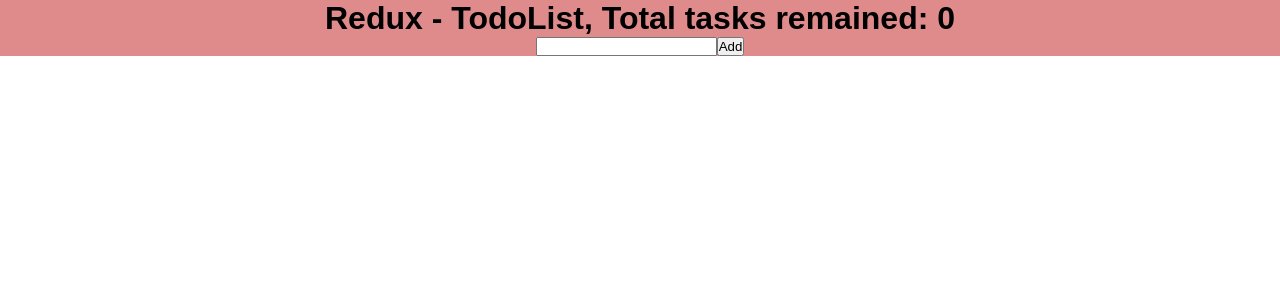
Repository: BhanuKaukuntla/TodoApp
Page: /
An editor plug-in stored every save of this project. The page is shown before and after the next save, followed by the edit.
The browser window is 1280 px wide. The pictures show the whole page.
The project was rebuilt for these pictures with package versions that can differ from the ones it lists, and the page was loaded fresh each time. Also part of the build but not shown: src/components/TodoItem/TodoItem.js.

Above is the page before, as saved 2021-12-01 10:07:21.

### src/index.js
import React from "react";
import ReactDOM from "react-dom";
import "./index.css";
import App from "./App";
import { Provider } from "react-redux";
import store from "./store";
import { PersistGate } from "redux-persist/integration/react";
import { persistor } from "./store";

ReactDOM.render(
  <React.StrictMode>
    <Provider store={store}>
      <PersistGate persistor={persistor}>
        <App />
      </PersistGate>
    </Provider>
  </React.StrictMode>,
  document.getElementById("root")
);

### src/index.css
*{
  margin: 0;
  padding: 0;
  font-family: "montserrat",sans-serif;
  box-sizing: border-box;
}

body {
  margin: 0;
  font-family: -apple-system, BlinkMacSystemFont, "Segoe UI", "Roboto", "Oxygen",
    "Ubuntu", "Cantarell", "Fira Sans", "Droid Sans", "Helvetica Neue",
    sans-serif;
  -webkit-font-smoothing: antialiased;
  -moz-osx-font-smoothing: grayscale;
}

code {
  font-family: source-code-pro, Menlo, Monaco, Consolas, "Courier New",
    monospace;
}
.App {
  text-align: center;
  /* height: 200vh; */
  /* max-height: 100%; */
  /* background-color: #e77a7a; */
  background-color: #df8b8b;
  margin-top: 0%;
  /* position: fixed; */
  width: 100%;
}

### src/App.js
import AddTodo from "./components/AddTodo/AddTodo";
import TodoList from "./components/TodoList/TodoList";
import { useSelector } from "react-redux";
function App() {
  const taskobj = useSelector((state) => state.todos.data);
  return (
    <div className='App'>
      <h1>Redux - TodoList, Total tasks remained: {taskobj.length}</h1>
      <AddTodo />
      <TodoList />
    </div>
  );
}

export default App;

### src/store.js
import { createStore } from "redux";
import rootReducer from "./reducers";
import { persistStore, persistReducer } from "redux-persist";
import storage from "redux-persist/lib/storage";

const persistConfig = {
  key: "root",
  storage,
};

const persistedReducer = persistReducer(persistConfig, rootReducer);

const store = createStore(
  persistedReducer,
  window.__REDUX_DEVTOOLS_EXTENSION__ && window.__REDUX_DEVTOOLS_EXTENSION__()
);

export const persistor = persistStore(store);

export default store;

### src/components/AddTodo/AddTodo.js
import React, { useState } from "react";
import { useDispatch } from "react-redux";
import { addTodo } from "../../actions";
import cuid from "cuid";

const AddTodo = () => {
  const [tasks, setTasks] = useState("");
  const dispatch = useDispatch();
  function handleInputChange(e) {
    setTasks(e.target.value);
    console.log(tasks);
  }
  function handleFormSubmit(e) {
    e.preventDefault();
    dispatch(addTodo({ task: tasks, id: cuid() }));
    e.target.userInput.value = "";
    console.log(tasks);
  }
  return (
    <form onSubmit={handleFormSubmit}>
      <input
        type='text'
        name='userInput'
        onChange={(e) => handleInputChange(e)}
      />
      <button type='submit'>Add</button>
    </form>
  );
};

export default AddTodo;

### src/components/TodoList/TodoList.js
import React from "react";
import TodoItem from "../TodoItem/TodoItem";
import { useSelector } from "react-redux";

const TodoList = () => {
  const taskobj = useSelector((state) => state.todos.data);
  const taskItems = taskobj.map((task) => {
    return <TodoItem task={task} key={task.id} />;
  });

  return <div>{taskItems}</div>;
};

export default TodoList;

### src/reducers/index.js
import { combineReducers } from "redux";
import todos from "./todos";

const rootReducer = combineReducers({
  todos,
});
export default rootReducer;

### src/actions/index.js
import { ADD_TODO, DELETE_TODO, UPDATE_TODO } from "./types";

export const addTodo = (message) => ({
  type: ADD_TODO,
  message,
});

export const deleteTodo = (id) => ({
  type: DELETE_TODO,
  id,
});

export const updateTodo = ({ message, id }) => ({
  type: UPDATE_TODO,
  message,
  id,
});

### src/reducers/todos.js
const initialState = {
  data: [],
};

const todos = (state = initialState, action) => {
  switch (action.type) {
    case "ADD_TODO":
      return {
        ...state,
        data: [...state.data, action.message],
      };
    case "DELETE_TODO":
      return {
        ...state,
        data: [...state.data.filter((todo) => todo.id !== action.id)],
      };
    case "UPDATE_TODO":
      return {
        ...state,
        data: [
          ...state.data.filter((todo) => todo.id !== action.id),
          { task: action.message, id: action.id },
        ],
      };
    default:
      return state;
  }
};

export default todos;

### src/actions/types.js
export const ADD_TODO = "ADD_TODO";
export const DELETE_TODO = "DELETE_TODO";
export const UPDATE_TODO = "UPDATE_TODO";

Loaded but not shown: public/index.html (common file)

After the next save:
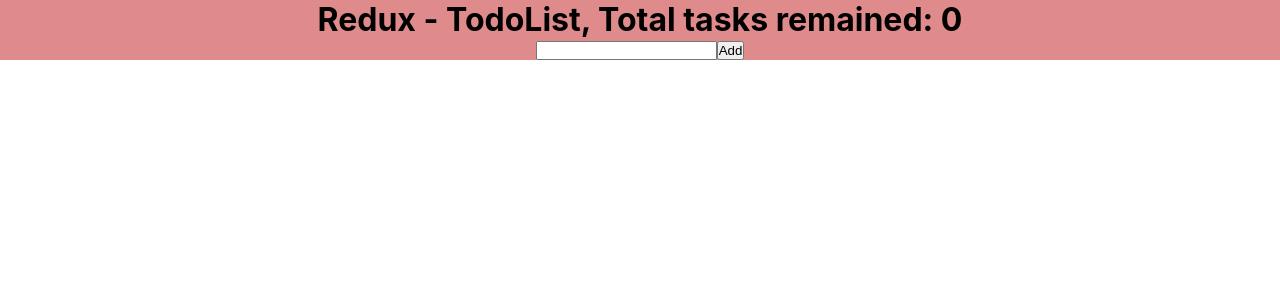
Saved 11 s later.
--- a/src/index.css
+++ b/src/index.css
@@ -1,7 +1,7 @@
 *{
   margin: 0;
   padding: 0;
-  font-family: "montserrat",sans-serif;
+  /* font-family: "montserrat",sans-serif; */
   box-sizing: border-box;
 }
 
